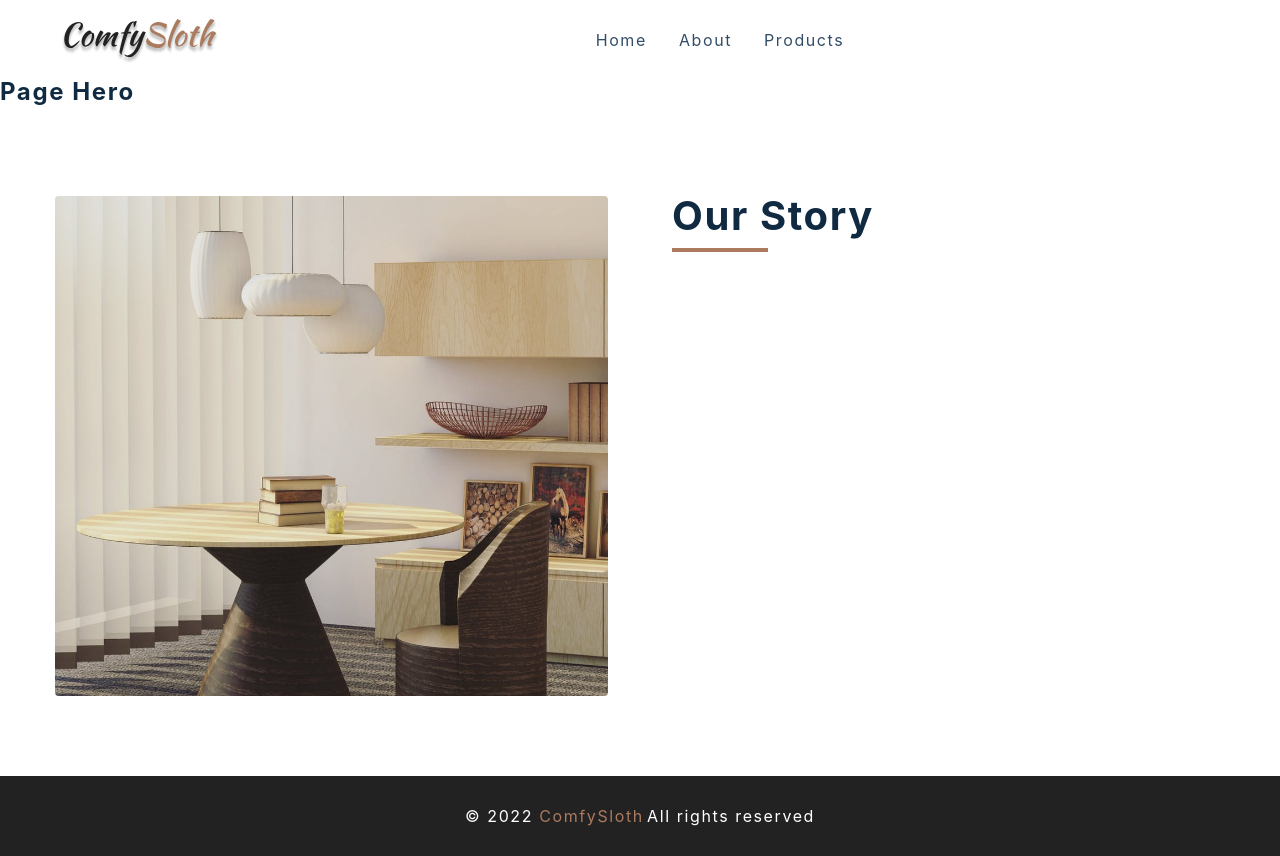
Repository: MateuszWorek/react-comfy-store
Page: /about
The author's editor kept a copy of each file at every save. The page is drawn from the files as they stood at one save, then again after the next save.
The browser window is 1280 px wide. The pictures show the whole page.
The project was rebuilt for these pictures with package versions that can differ from the ones it lists, and the page was loaded fresh each time. A package was used in the major version that the imports need, not the one package.json lists. Also part of the build but not shown: src/utils/constants.js, src/components/Error.js, src/components/Loading.js, src/utils/helpers.js, src/components/Product.js, src/components/FeaturedProducts.js, src/reducers/cart_reducer.js, src/context/cart_context.js and 26 more. Imported but missing from the stored project, and not drawn on this page: src/components/AmountButtons.

Above is the page before, as saved 2022-07-12 21:45:48.

After the next save:
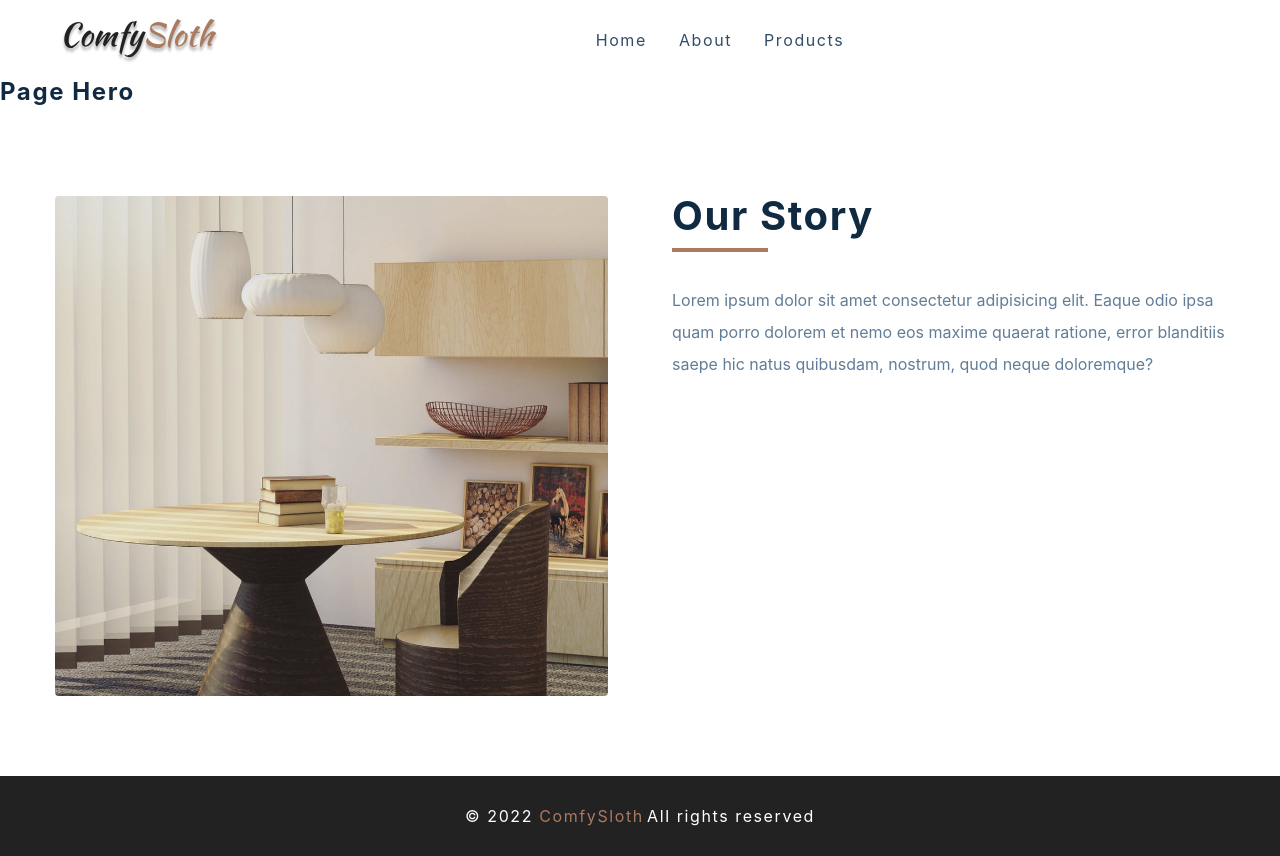
Saved 16 s later.
--- a/src/pages/AboutPage.js
+++ b/src/pages/AboutPage.js
@@ -14,6 +14,12 @@ const AboutPage = () => {
             <h2>our story</h2>
             <div className='underline'></div>
           </div>
+          <p>
+            Lorem ipsum dolor sit amet consectetur adipisicing elit. Eaque odio
+            ipsa quam porro dolorem et nemo eos maxime quaerat ratione, error
+            blanditiis saepe hic natus quibusdam, nostrum, quod neque
+            doloremque?
+          </p>
         </article>
       </Wrapper>
     </main>
